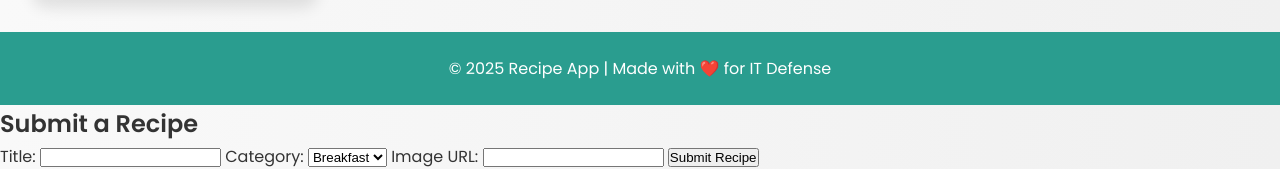
Repository: Patience225/recipe-app
Page: index.html
The author's editor kept a copy of each file at every save. The page is drawn from the files as they stood at one save, then again after a run of saves.
The browser window is 1280 px wide. The pictures show the part of the page from y = 1247 to 1766 px (the page is 1416 px tall before and 1766 px after).

Above is the page before, as saved 2025-01-27 08:50:14.

After the next 2 saves:
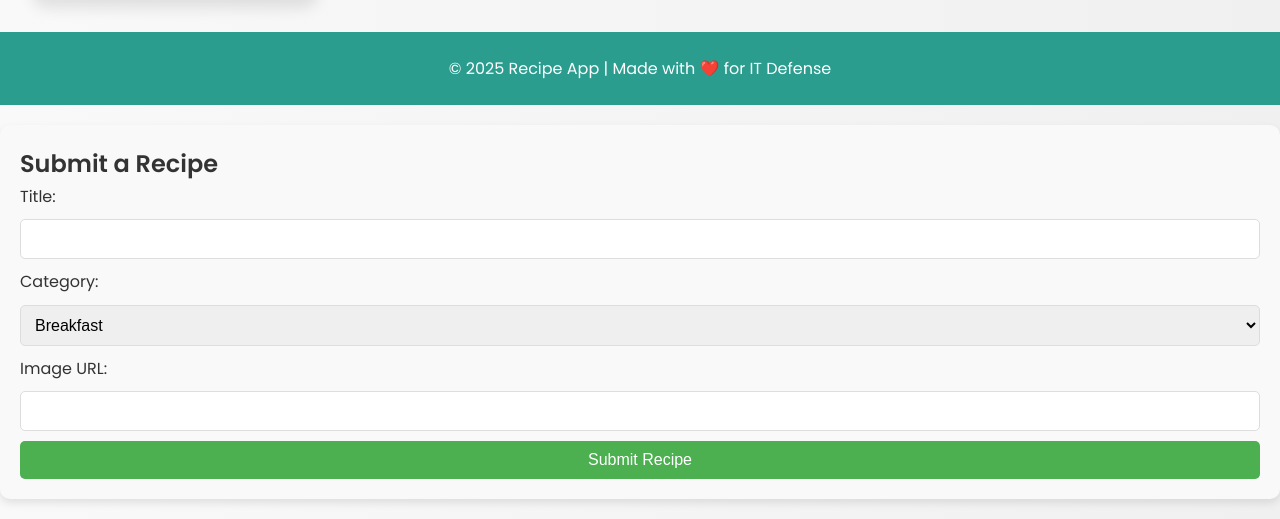
The 2 saves are shown as one change because they came seconds apart.
The last was saved 38 s later.
--- a/styles.css
+++ b/styles.css
@@ -251,3 +251,38 @@ body.dark-theme footer {
   text-decoration: none;
   cursor: pointer;
 }
+
+/* Recipe Submission Form Styles */
+#recipe-form-container {
+  margin: 20px 0;
+  padding: 20px;
+  background-color: #f9f9f9;
+  border-radius: 10px;
+  box-shadow: 0 4px 8px rgba(0, 0, 0, 0.1);
+}
+
+#recipe-form {
+  display: flex;
+  flex-direction: column;
+  gap: 10px;
+}
+
+#recipe-form input,
+#recipe-form select,
+#recipe-form button {
+  padding: 10px;
+  font-size: 1rem;
+  border: 1px solid #ddd;
+  border-radius: 5px;
+}
+
+#recipe-form button {
+  background-color: #4CAF50;
+  color: white;
+  cursor: pointer;
+  border: none;
+}
+
+#recipe-form button:hover {
+  background-color: #45a049;
+}
